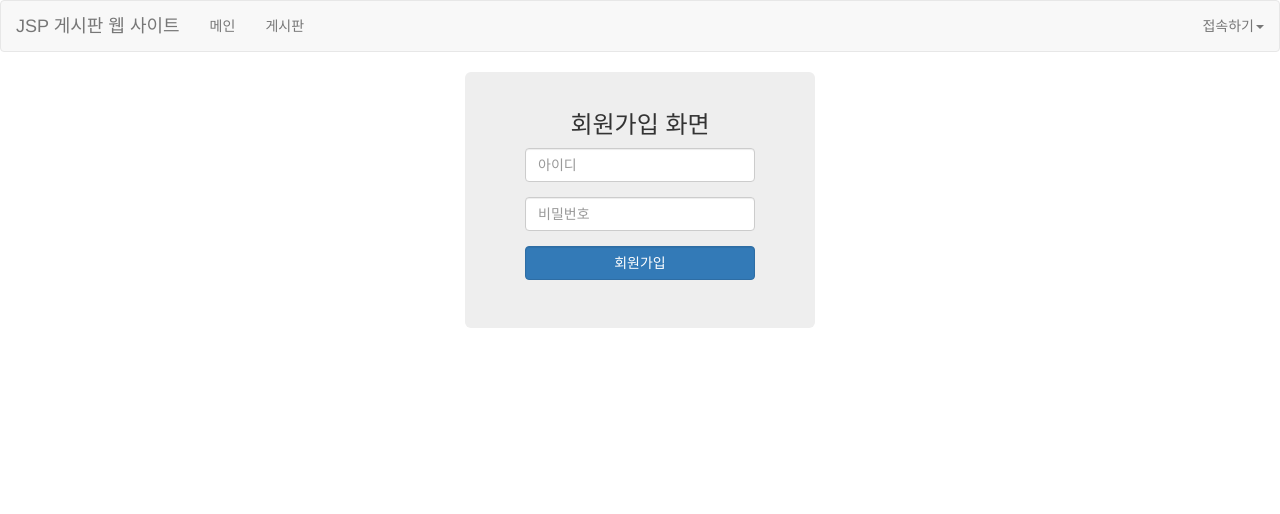
Repository: filola/web_project
Page: http://localhost/BBS/join.jsp
An editor plug-in stored every save of this project. The page is shown before and after the next save, followed by the edit.
The browser window is 1280 px wide. The pictures show the whole page.
Some web libraries are served in a nearby version. The page is served by Tomcat 9.

Above is the page before, as saved 2019-12-07 02:58:40.

After the next save:
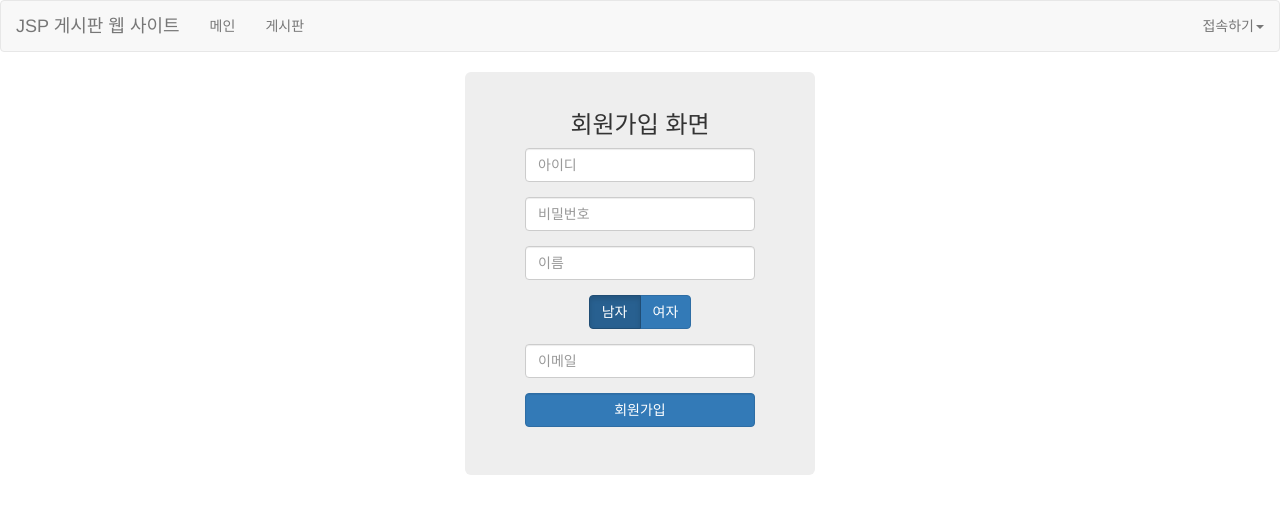
Saved 8 min 33 s later.
--- a/projects/BBS/WebContent/join.jsp
+++ b/projects/BBS/WebContent/join.jsp
@@ -42,13 +42,29 @@
 		<div class="col-lg-4"></div>
 		<div class="col-lg-4">
 			<div class="jumbotron" style="padding-top: 20px;">
-				<form method="post" action="LoginAction.jsp">
+				<form method="post" action="joinAction.jsp">
 					<h3 style="text-align: center;">회원가입 화면</h3>
 					<div class="form-group">
 						<input type="text" class="form-control" placeholder="아이디" name="userID" maxlength="20">
 					</div>
 					<div class="form-group">
 						<input type="password" class="form-control" placeholder="비밀번호" name="userPassword" maxlength="20">
+					</div>
+					<div class="form-group">
+						<input type="text" class="form-control" placeholder="이름" name="userName" maxlength="20">
+					</div>
+					<div class="form-group" style="text-align: center;">
+						<div class="btn-group" data-toggle="buttons">
+							<label class="btn btn-primary active">
+								<input type="radio" name="userGender" autocomplete="off" value="남자" checked>남자
+							</label>
+							<label class="btn btn-primary">
+								<input type="radio" name="userGender" autocomplete="off" value="여자" checked>여자
+							</label>
+						</div>
+					</div>
+					<div class="form-group">
+						<input type="email" class="form-control" placeholder="이메일" name="userEmail" maxlength="20">
 					</div>
 					<input type="submit" class="btn btn-primary form-control" value="회원가입">
 				</form>
